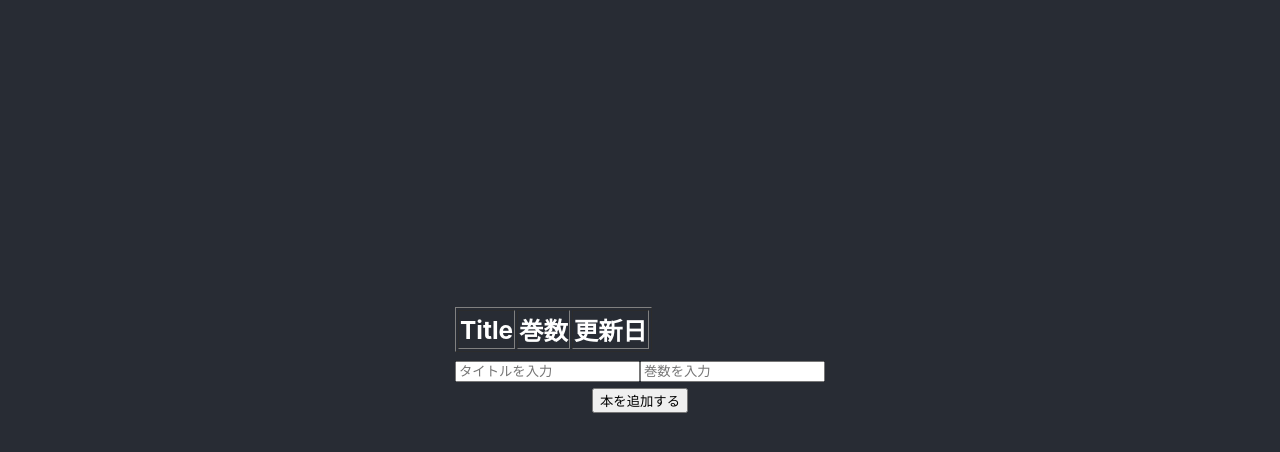
Repository: shotanobukuni/BooksManage
Page: / (app in frontend/app/)
The author's editor kept a copy of each file at every save. The page is drawn from the files as they stood at one save, then again after the next save.
The browser window is 1280 px wide. The pictures show the whole page.
The page's requests for data from a server got no answer. The project was rebuilt for these pictures with package versions that can differ from the ones it lists, and the page was loaded fresh each time. No one was signed in, and anything a server would have sent is missing.

Above is the page before, as saved 2021-02-24 21:50:42.

After the next save:
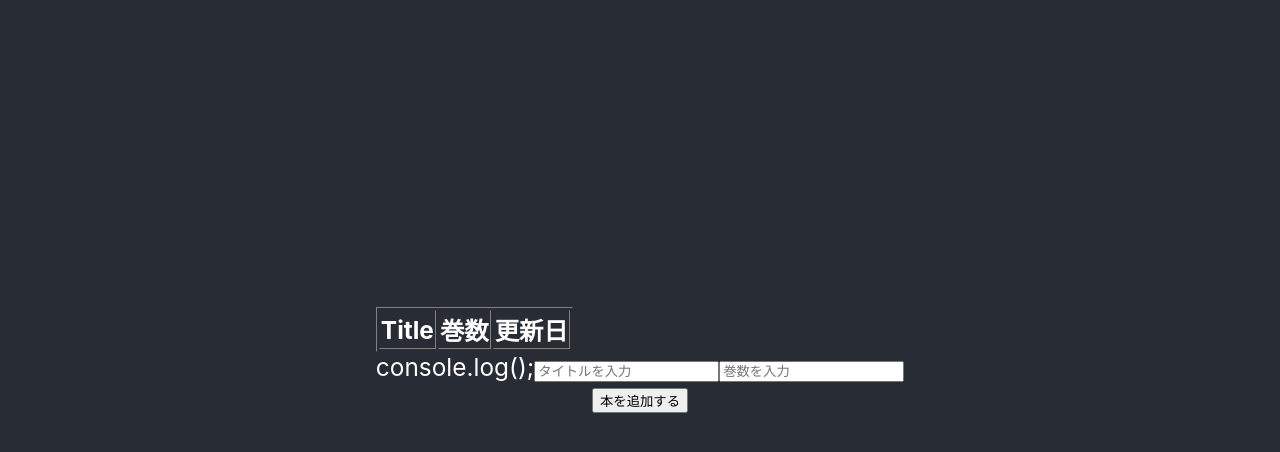
Saved 35 s later.
--- a/frontend/app/src/components/AddNewBook.js
+++ b/frontend/app/src/components/AddNewBook.js
@@ -5,7 +5,7 @@
     const [bookList, setBookList] = useContext(BookCreater);
     return (
         <div>
-            {bookList.title}
+            console.log({bookList.title});
             <input type='text' name='title' placeholder='タイトルを入力' required />
             <input type='text' name='turns' placeholder='巻数を入力' required />
             <br/>

After the save that followed:
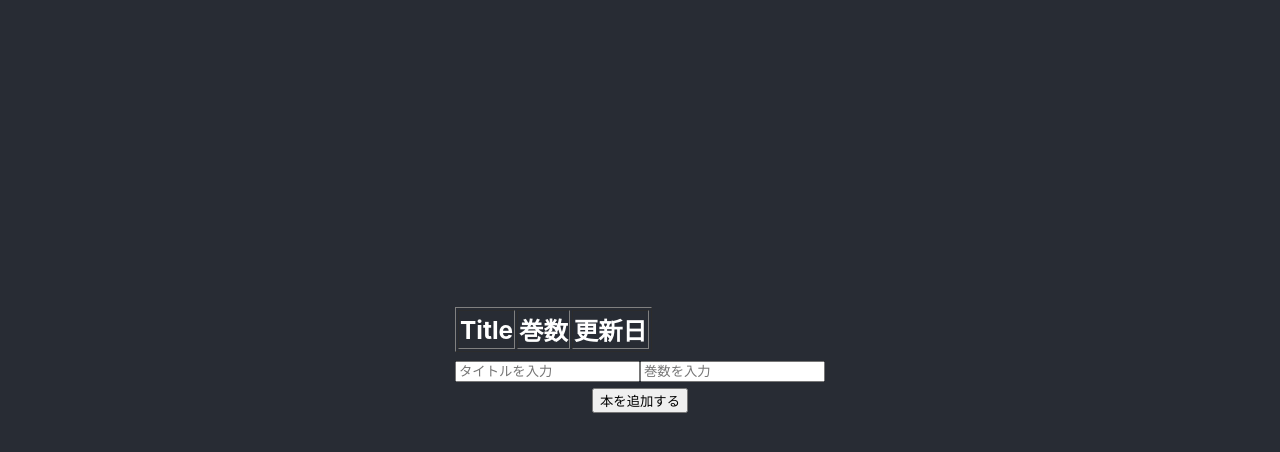
Saved 46 s later.
--- a/frontend/app/src/components/AddNewBook.js
+++ b/frontend/app/src/components/AddNewBook.js
@@ -5,7 +5,6 @@
     const [bookList, setBookList] = useContext(BookCreater);
     return (
         <div>
-            console.log({bookList.title});
             <input type='text' name='title' placeholder='タイトルを入力' required />
             <input type='text' name='turns' placeholder='巻数を入力' required />
             <br/>
